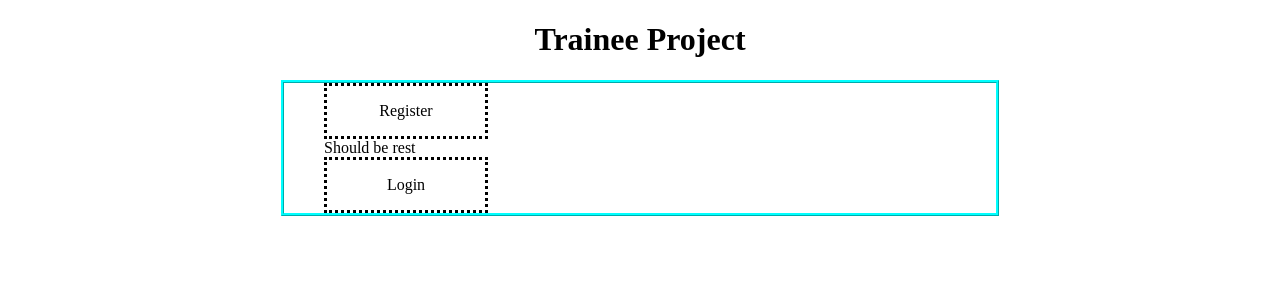
Repository: LsCodeMaster/Training
Page: Trainee/WebContent/trainee.html
The author's editor kept a copy of each file at every save. The page is drawn from the files as they stood at one save, then again after the next save.
The browser window is 1280 px wide. The pictures show the whole page.

Above is the page before, as saved 2015-09-15 09:54:48.

After the next save:
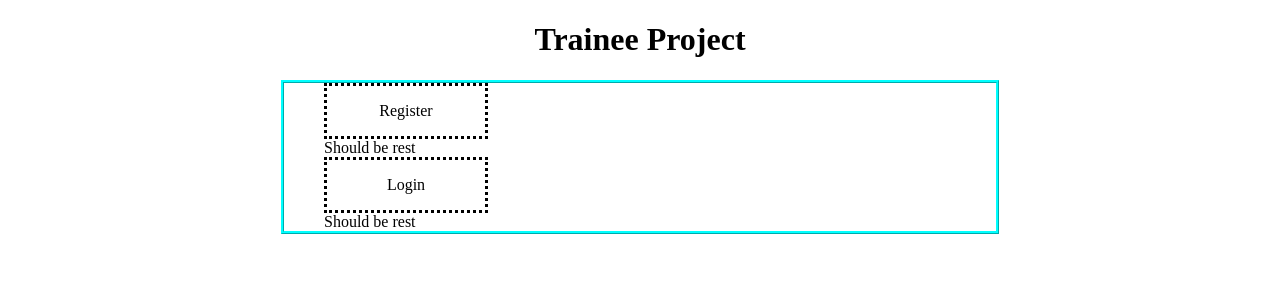
Saved 45 s later.
--- a/Trainee/WebContent/trainee.html
+++ b/Trainee/WebContent/trainee.html
@@ -12,7 +12,7 @@
 			<div class="loginType">
 				<p>Register</p>
 			</div>
-			<div>
+			<div class="border">
 				Should be rest
 			</div>
 		</div>
@@ -20,6 +20,9 @@
 			<div class="loginType">
 				<p>Login</p>
 			</div>
+			<div class="border">
+				Should be rest
+			</div>
 		</div>
 	</div>
 </body>
